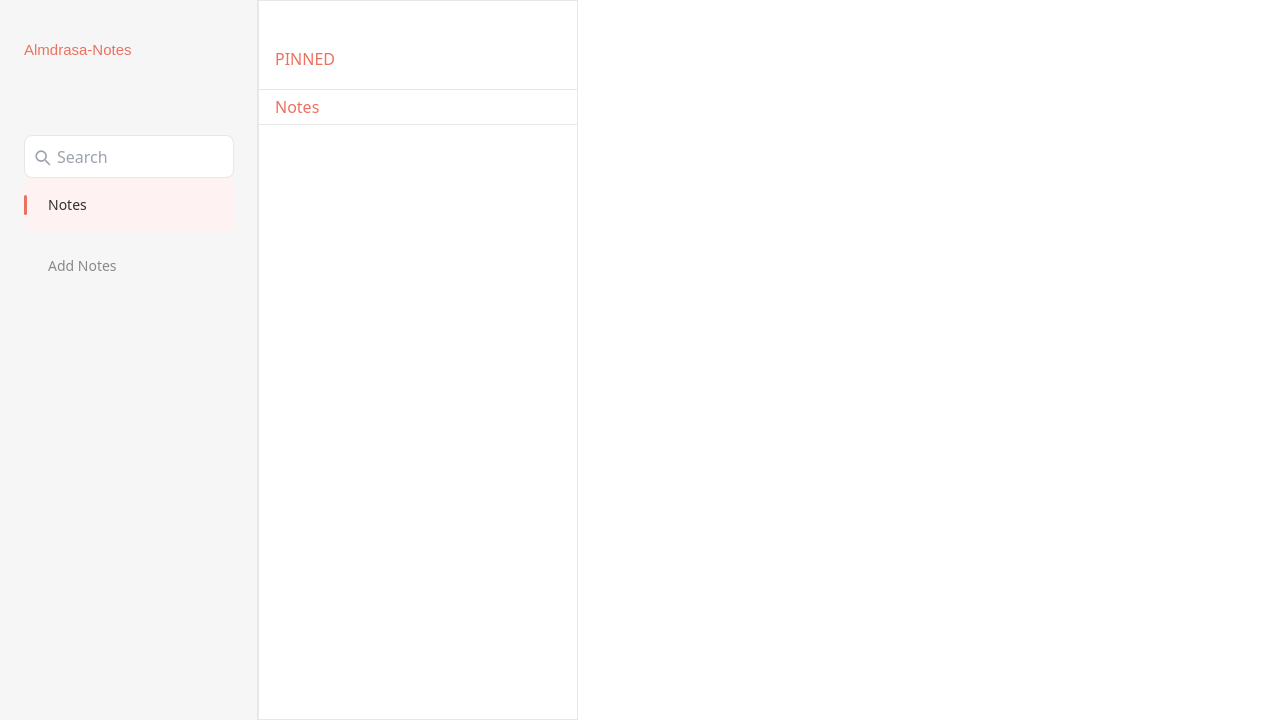
Repository: wafaa399/Note-App
Page: index.html
The author's editor kept a copy of each file at every save. The page is drawn from the files as they stood at one save, then again after the next save.
The browser window is 1280 px wide. The pictures show the whole page.
Some web fonts or font styles are not loaded; a fallback is used. Some web libraries are served in a nearby version.

Above is the page before, as saved 2026-07-18 00:24:23.

### index.html
<!doctype html>
<html lang="en">
  <head>
    <meta charset="UTF-8" />
    <meta name="viewport" content="width=device-width, initial-scale=1.0" />
    <meta
      name="description"
      content="A notes application built with HTML, CSS, and JavaScript."
    />
    <meta name="keywords" content="notes, HTML, CSS, JavaScript" />
    <link rel="icon" href="/img/Logo.png" type="image/png" />
    <title>Note App</title>
    <script src="https://cdn.tailwindcss.com"></script>
    <link rel="preconnect" href="https://fonts.googleapis.com" />
    <link rel="preconnect" href="https://fonts.gstatic.com" crossorigin />
    <link
      href="https://fonts.googleapis.com/css2?family=Aclonica&display=swap"
      rel="stylesheet"
    />

    <script>
      tailwind.config = {
        theme: {
          extend: {
            fontFamily: {
              aclonica: ["Aclonica", "sans-serif"],
            },
          },
        },
      };
    </script>
  </head>
  <script
    type="module"
    src="https://unpkg.com/ionicons@7.1.0/dist/ionicons/ionicons.esm.js"
  ></script>

  <script
    nomodule
    src="https://unpkg.com/ionicons@7.1.0/dist/ionicons/ionicons.js"
  ></script>

  <body class="bg-gray-100 h-screen overflow-hidden text-sm text-gray-800">
    <div class="flex h-screen w-screen relative">
      <!--------SIDEBAR -------->
      <aside
        id="sidebar"
        class="bg-[#F6F6F6] border-r border-gray-200 flex-shrink-0 overflow-hidden pl-6 pt-10"
        style="width: 16.125rem"
      >
        <div class="w-[8.375rem] h-[1.0625rem]">
          <h1
            class="font-aclonica text-[0.9375rem] text-[#EC7160] font-normal mb-[4.7rem]"
          >
            Almdrasa-Notes
          </h1>

          <div class="relative mb-5 w-[13.125rem] h-[2.6875rem]">
            <input
              type="text"
              placeholder="Search"
              class="w-full h-full text-[1rem] border border-[#E7E7E9] rounded-lg pl-8 py-2 outline-none focus:ring-1 focus:ring-red-400"
            />

            <svg
              class="w-5 h-5 text-gray-400 absolute left-2 top-1/2 -translate-y-1/2"
              fill="none"
              stroke="currentColor"
              viewBox="0 0 24 24"
            >
              <path
                stroke-linecap="round"
                stroke-linejoin="round"
                stroke-width="2"
                d="M21 21l-4.35-4.35M17 11a6 6 0 11-12 0 6 6 0 0112 0z"
              />
            </svg>
            <div class="space-y-2">
              <button
                data-view="notes"
                class="nav-item relative w-full h-[53px] text-left pl-6 rounded bg-red-50 font-medium text-[#303030] flex items-center"
              >
                <span
                  class="absolute left-0 top-1/2 -translate-y-1/2 w-[3px] h-[20px] bg-[#EC7160] rounded-full"
                ></span>
                Notes
              </button>

              <button
                data-view="add"
                class="nav-item w-full h-[53px] text-left pl-6 rounded text-[#898989] flex items-center hover:bg-gray-50"
              >
                Add Notes
              </button>
            </div>
          </div>
        </div>
      </aside>

      <!--============NOTES LIST============ -->
      <section
        class="w-80 flex-shrink-0 border border-[#E7E7E9] bg-white text-[#EC7160] overflow-y-auto"
      >
        <div class="px-4 pt-12">
          <div class="mb-1">
            <p class="text-[1rem] font-normal mb-2">PINNED</p>
            <div id="pinnedList" class="space-y-1"></div>
          </div>

          <div class="mt-5">
            <div
              class="-mx-4 h-[36px] border-y border-[#E7E7E9] flex items-center"
            >
              <p class="px-4 text-[1rem] font-normal">Notes</p>
            </div>

            <div id="notesList" class="space-y-1"></div>
          </div>
        </div>
      </section>
      <!----------TOGGLE BUTTON ------------->
      <!-- <button
        id="toggleBtn"
        class="absolute top-1/2 -translate-y-1/2 z-20 bg-white border border-gray-200 rounded-full w-6 h-6 flex items-center justify-center shadow-sm hover:bg-gray-50 transition-all"
        style="left: 232px"
      >
        <svg
          id="toggleIcon"
          class="w-3.5 h-3.5 text-gray-500 transition-transform"
          fill="none"
          stroke="currentColor"
          viewBox="0 0 24 24"
        >
          <path
            stroke-linecap="round"
            stroke-linejoin="round"
            stroke-width="2"
            d="M15 19l-7-7 7-7"
          />
        </svg>
      </button> -->

      <!-- ============ NOTE DETAIL ============ -->
      <main class="flex-1 overflow-y-auto bg-white">
        <div id="detailView" class="max-w-2xl mx-auto p-8"></div>
      </main>
    </div>
  </body>
</html>

After the next save:
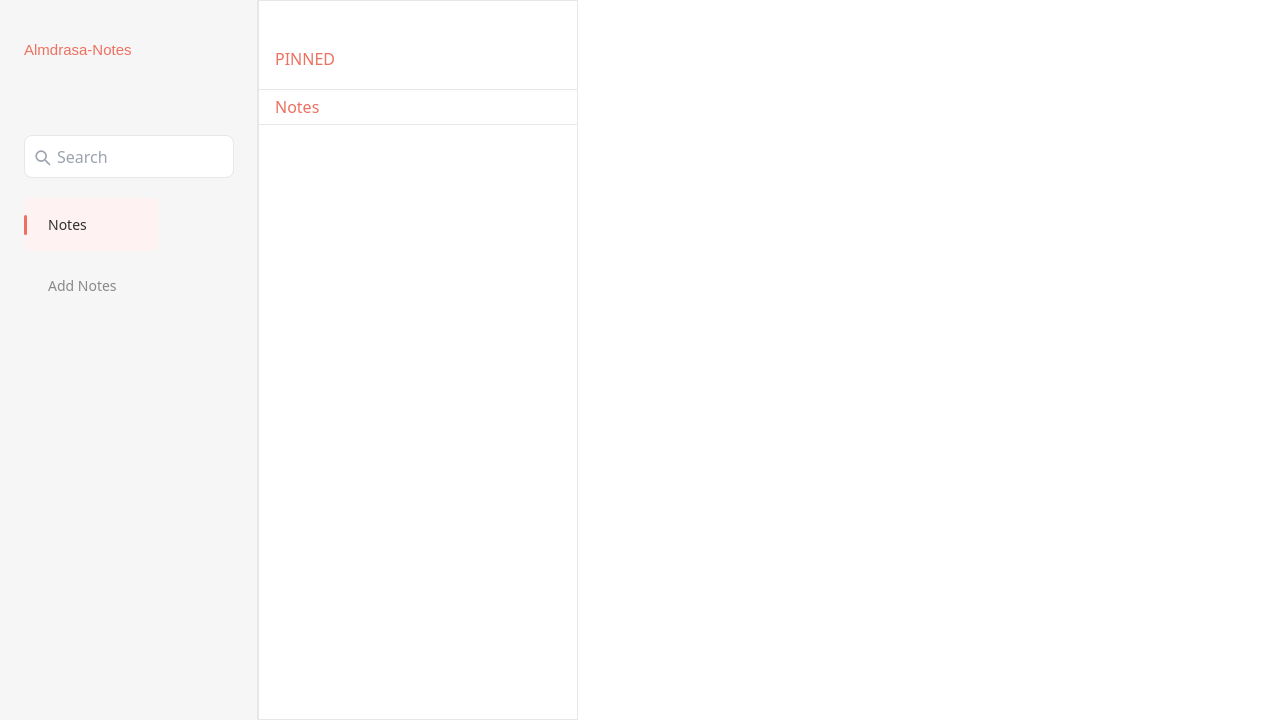
Saved 64 s later.
--- a/index.html
+++ b/index.html
@@ -55,46 +55,47 @@
             Almdrasa-Notes
           </h1>
 
-          <div class="relative mb-5 w-[13.125rem] h-[2.6875rem]">
-            <input
-              type="text"
-              placeholder="Search"
-              class="w-full h-full text-[1rem] border border-[#E7E7E9] rounded-lg pl-8 py-2 outline-none focus:ring-1 focus:ring-red-400"
-            />
+        <div class="relative mb-5 w-[13.125rem] h-[2.6875rem]">
+  <input
+    type="text"
+    placeholder="Search"
+    class="w-full h-full text-[1rem] border border-[#E7E7E9] rounded-lg pl-8 py-2 outline-none focus:ring-1 focus:ring-red-400"
+  />
 
-            <svg
-              class="w-5 h-5 text-gray-400 absolute left-2 top-1/2 -translate-y-1/2"
-              fill="none"
-              stroke="currentColor"
-              viewBox="0 0 24 24"
-            >
-              <path
-                stroke-linecap="round"
-                stroke-linejoin="round"
-                stroke-width="2"
-                d="M21 21l-4.35-4.35M17 11a6 6 0 11-12 0 6 6 0 0112 0z"
-              />
-            </svg>
-            <div class="space-y-2">
-              <button
-                data-view="notes"
-                class="nav-item relative w-full h-[53px] text-left pl-6 rounded bg-red-50 font-medium text-[#303030] flex items-center"
-              >
-                <span
-                  class="absolute left-0 top-1/2 -translate-y-1/2 w-[3px] h-[20px] bg-[#EC7160] rounded-full"
-                ></span>
-                Notes
-              </button>
+  <svg
+    class="w-5 h-5 text-gray-400 absolute left-2 top-1/2 -translate-y-1/2"
+    fill="none"
+    stroke="currentColor"
+    viewBox="0 0 24 24"
+  >
+    <path
+      stroke-linecap="round"
+      stroke-linejoin="round"
+      stroke-width="2"
+      d="M21 21l-4.35-4.35M17 11a6 6 0 11-12 0 6 6 0 0112 0z"
+    />
+  </svg>
+</div>
 
-              <button
-                data-view="add"
-                class="nav-item w-full h-[53px] text-left pl-6 rounded text-[#898989] flex items-center hover:bg-gray-50"
-              >
-                Add Notes
-              </button>
-            </div>
-          </div>
-        </div>
+<!-- الأزرار خارج الـ Search -->
+<div class="space-y-2">
+  <button
+    data-view="notes"
+    class="nav-item relative w-full h-[53px] text-left pl-6 rounded bg-red-50 font-medium text-[#303030] flex items-center"
+  >
+    <span
+      class="absolute left-0 top-1/2 -translate-y-1/2 w-[3px] h-[20px] bg-[#EC7160] rounded-full"
+    ></span>
+    Notes
+  </button>
+
+  <button
+    data-view="add"
+    class="nav-item w-full h-[53px] text-left pl-6 rounded text-[#898989] flex items-center hover:bg-gray-50"
+  >
+    Add Notes
+  </button>
+</div>
       </aside>
 
       <!--============NOTES LIST============ -->
